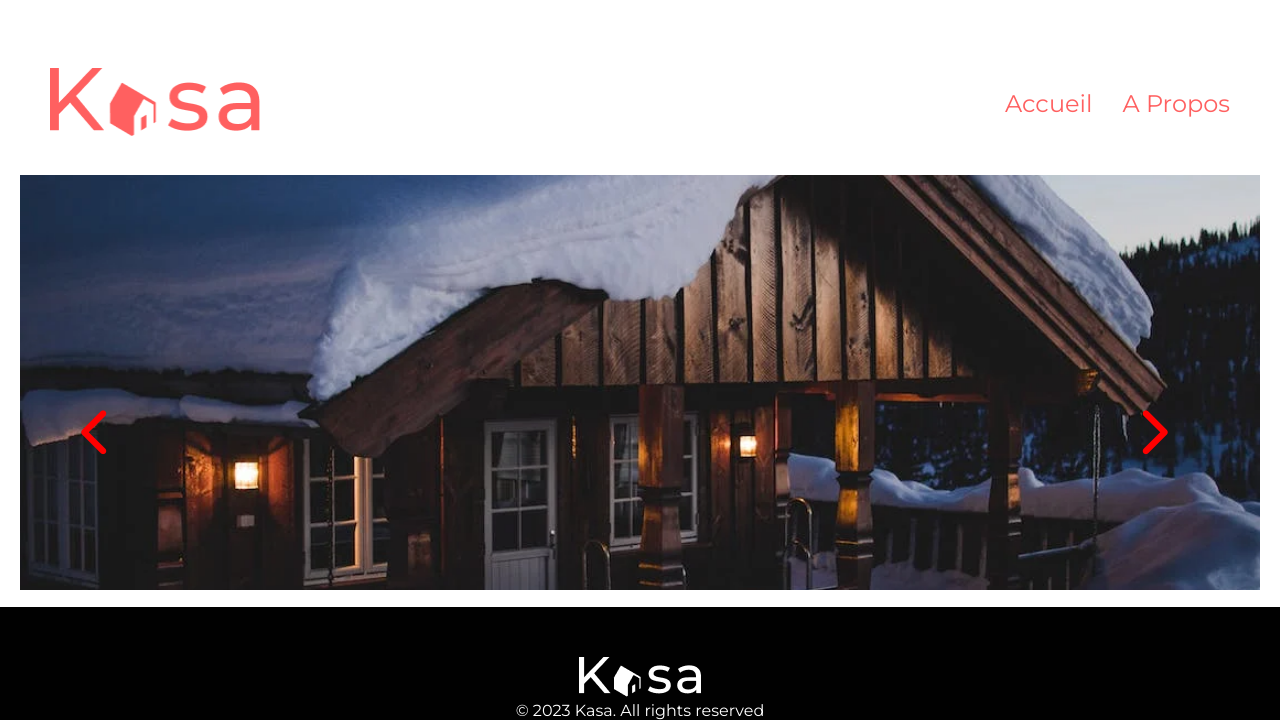
Repository: Ascaris29/Kasa_oc
Page: /essai (app in kasa_project/)
These files come from the project's save history. The page is drawn as it stood at one moment and after the next save; the edit follows.
The browser window is 1280 px wide. The pictures show the whole page.
Some web libraries are served in a nearby version. The project was rebuilt for these pictures with package versions that can differ from the ones it lists, and the page was loaded fresh each time. Also part of the build but not shown: kasa_project/src/pages/homepage/Homepage.module.scss, kasa_project/src/pages/homepage/components/CardLogement.module.scss, kasa_project/src/pages/homepage/components/CardLogement.js, kasa_project/src/pages/homepage/Homepage.js, kasa_project/src/pages/404/404.module.scss, kasa_project/src/pages/404/404.js, kasa_project/src/pages/a_propos/APropos.module.scss, kasa_project/src/pages/a_propos/components/CardDescription.module.scss and 6 more.

Above is the page before, as saved 2023-03-16 16:11:33.

After the next save:
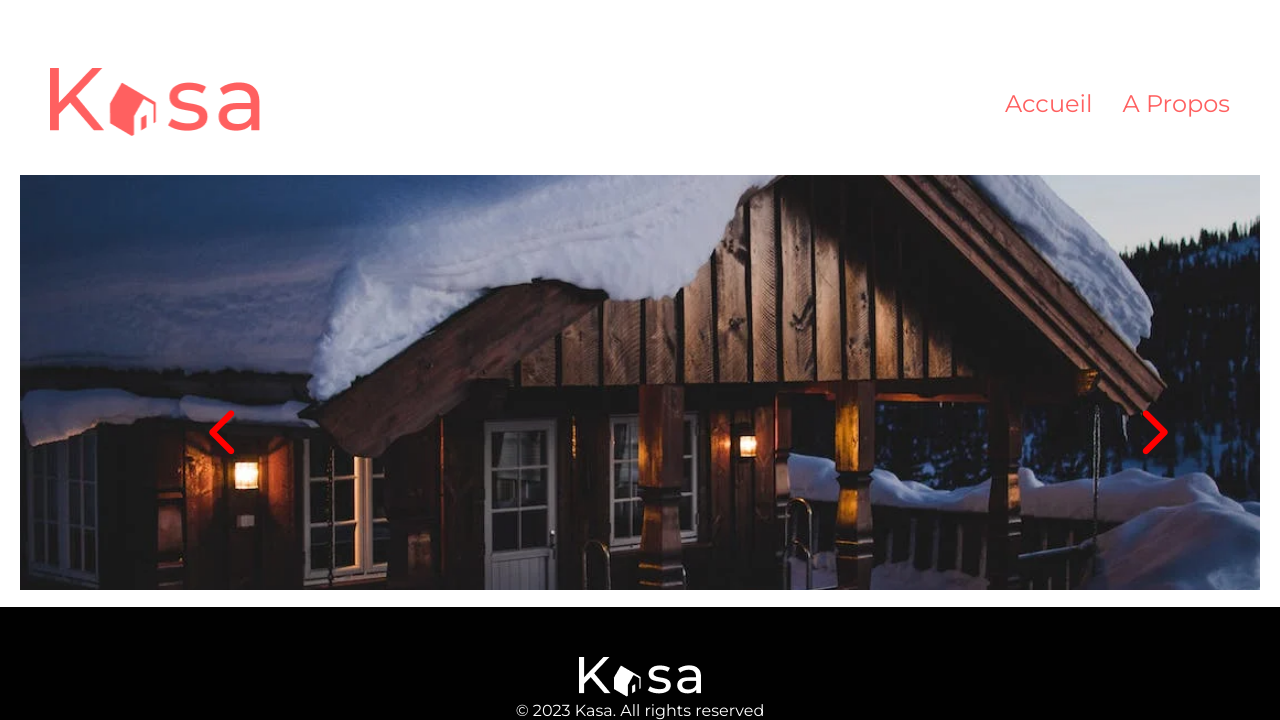
Saved 9 s later.
--- a/kasa_project/src/pages/logement/components/caroussel/Caroussel.module.scss
+++ b/kasa_project/src/pages/logement/components/caroussel/Caroussel.module.scss
@@ -21,7 +21,7 @@
     .chevronLeft{
         position:absolute;
         top:60%;
-        right:90%;
+        right:80%;
         font-size:50px;
         color:red;
         transform:translate(-50%, -50%);
